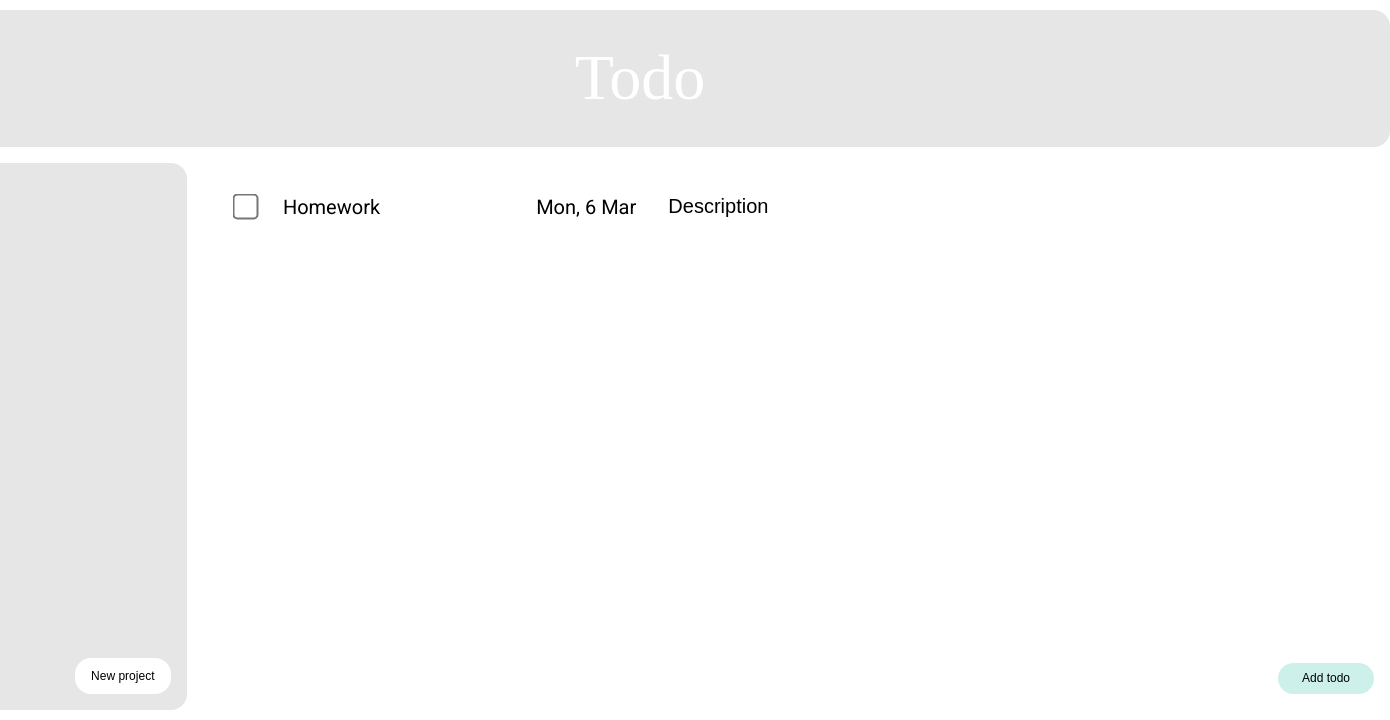
Repository: yeetzpxoci/todo-list
Page: dist/index.html
An editor plug-in stored every save of this project. The page is shown before and after the next save, followed by the edit.
The browser window is 1280 px wide. The page is 1390 px wide, so the pictures cover 1390 px, including what lies to the right of the window. The pictures show the whole page.
Some web fonts or font styles are not loaded; a fallback is used.

Above is the page before, as saved 2023-03-07 17:28:33.
Console error: ReferenceError: projectNameSubmit is not defined

After the next save:
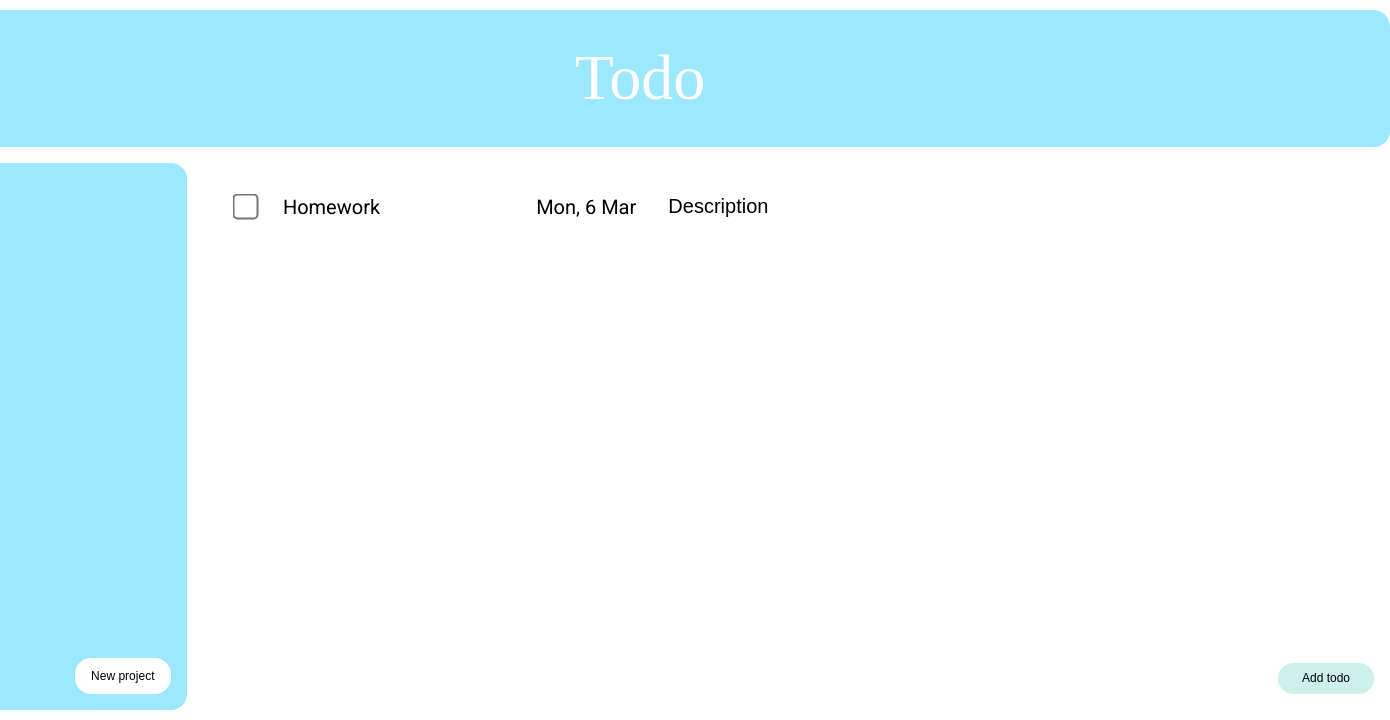
Saved 10 s later.
--- a/dist/styles.css
+++ b/dist/styles.css
@@ -35,7 +35,7 @@ p {
     display: flex;
     justify-content: center;
     align-items: center;
-    background-color: #e6e6e6;
+    background-color: #9be8ff;
     font-size: 64px;
     font-family: 'Tilt Warp', cursive;
     grid-column: 1 / 3;
@@ -53,7 +53,7 @@ p {
 #sidebar {
     display: flex;
     flex-direction: column;
-    background-color: #e6e6e6;
+    background-color: #9be8ff;
     grid-column: 1 / 2;
     grid-row: 2 / 3;
     z-index: -1;
